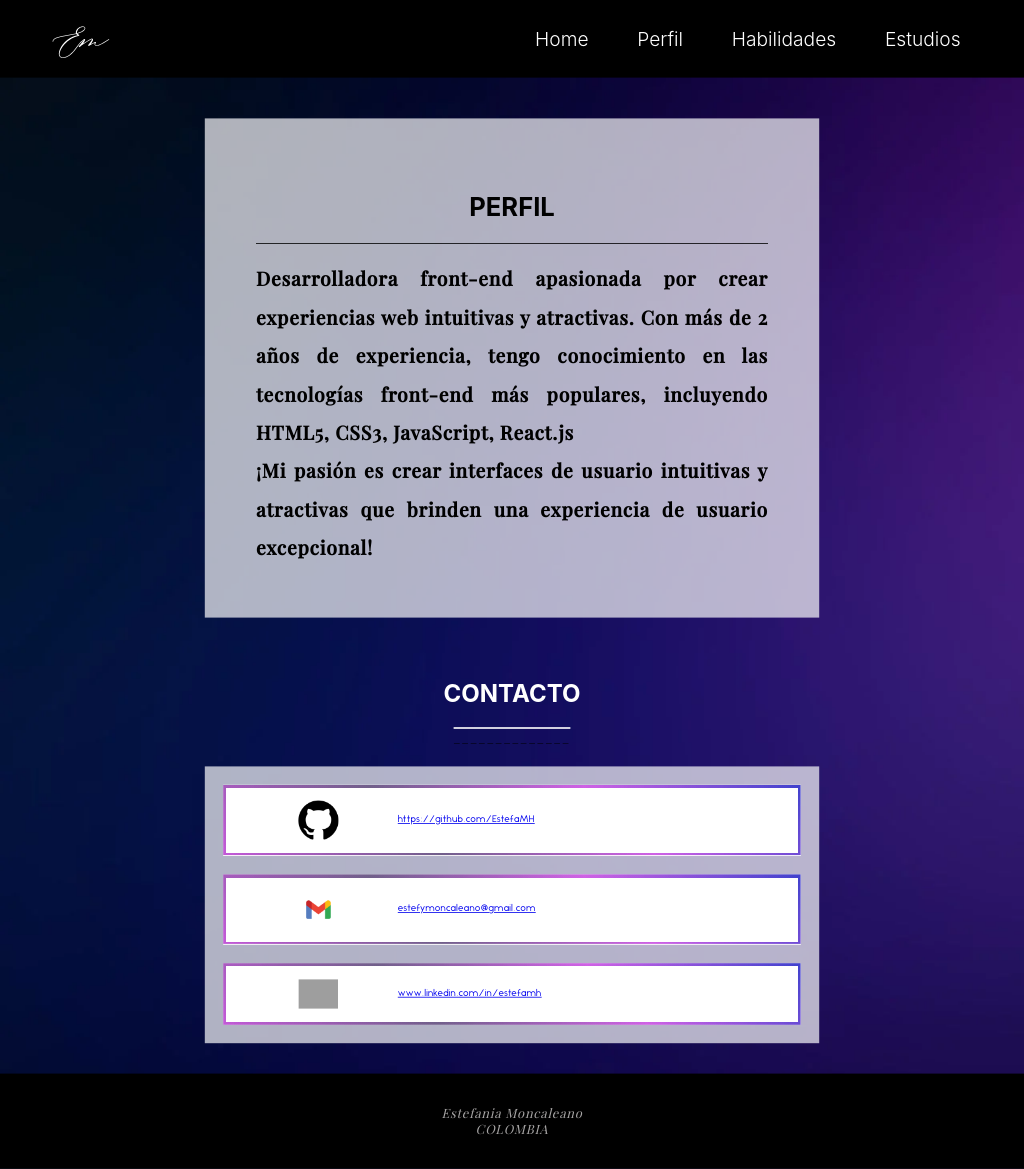
Repository: EstefaMH/PORTAFOLIO
Page: /aboutme
These files come from the project's save history. The page is drawn as it stood at one moment and after the next save; the edit follows.
The browser window is 1280 px wide. The pictures show the whole page, at 80% of full size.
Pictures or frames that could not be fetched are drawn as grey boxes. Some web fonts or font styles are not loaded; a fallback is used. The project was rebuilt for these pictures with package versions that can differ from the ones it lists, and the page was loaded fresh each time. Also part of the build but not shown: src/pages/home/Home.js, src/pages/error/Error404.css, src/pages/error/Error404.js, src/pages/jobs/Jobs.js, src/models/Languages.js, src/components/project/project.js, src/pages/skills/Skills.css, src/pages/skills/Skills.js and 2 more.

Above is the page before, as saved 2024-05-23 23:06:01.

### src/index.js
import React from 'react';
import ReactDOM from 'react-dom/client';
import './index.css';
import Home from './pages/home/Home';
import Routes from './routes';



const root = ReactDOM.createRoot(document.getElementById('root'));
root.render(
  <React.StrictMode>
    <Routes />
  </React.StrictMode>
);

// If you want to start measuring performance in your app, pass a function
// to log results (for example: reportWebVitals(console.log))
// or send to an analytics endpoint. Learn more: https://bit.ly/CRA-vitals

### src/routes.js
import React from "react";
import { BrowserRouter, Route, Routes } from "react-router-dom";
import About from "./pages/aboutme/Aboutme";
import Error404 from "./pages/error/Error404";
import Home from "./pages/home/Home";
import Jobs from "./pages/jobs/Jobs";
import Skills from "./pages/skills/Skills";
import Studies from "./pages/studies/Studies";


function routes(){
    return(
        <BrowserRouter>
            <Routes>
                <Route path="/" element={<Home />}></Route>
                <Route path="/aboutme" element={<About />}></Route>
                <Route path="/jobs" element={<Jobs />}></Route>
                <Route path="/skills" element={<Skills />}></Route>
                <Route path="/studies" element={<Studies/>}></Route>
                <Route path="*" element={<Error404/>}></Route>
            </Routes>
        </BrowserRouter>

    );

}

export default routes;

### src/pages/home/Home.css
@import url('https://fonts.googleapis.com/css2?family=Dancing+Script&display=swap');
/*font-family: 'Dancing Script', cursive;*/
@import url('https://fonts.googleapis.com/css2?family=Playfair+Display:ital,wght@0,400;0,500;1,400;1,500&display=swap');
/*font-family: 'Playfair Display', serif;*/

@font-face {
    font-family: "Voga";
    src: url('../../utils/fonts/CDType_Voga-font-demo_031216/CDType\ -\ Voga\ Medium.otf') ;
    font-display: swap;
}

.main-container{
    background-image: url(../../utils/img/purple-blue-wallpaper.webp);
    background-repeat: no-repeat;
    background-size: cover;
    display: flex;
    flex-direction: column;
}


.container-home{
    display: flex;
    flex-direction: column;
    align-items: center;
    justify-content: space-around;
}

.info-home{
    width: 100%;
    justify-content: center;
    align-items: center;
    color: white;
    letter-spacing: 1.5px;
    display: flex;
    flex-direction: column;
    overflow: hidden;
    word-wrap: break-word;
    font-weight: 100;
}



.info-home1{
    font-family: 'Playfair Display ';
    font-size: 1.2em;
    font-style: italic;
    margin: 0 0 1% 0;
    color: rgba(177, 177, 177, 0.834) ;
}

.info-home2{
    font-family: 'Voga';
    font-size: 2em;
    margin: 0 0 5% 0 ;
}

.photo-home{
    height: max-content;
    width: 50%;
}

.photo-home img{
    width: 100%;
    clip-path: circle();
}


.btn {
	line-height: 50px;
	height: 50px;
	text-align: center;
	width: 150px;
	cursor: pointer;
    border: none;
    background-color: rgba(255, 255, 255, 0.267);
    margin-top: 3%;

}

.btn-one {
	color: #FFF;
	transition: all 0.3s;
	position: relative;
}
.btn-one span {
	transition: all 0.3s;
    letter-spacing: 2px;
}

.btn-one:hover{
    background-color: transparent;
}
.btn-one::before {
	content: '';
	position: absolute;
	bottom: 0;
	left: 0;
	width: 100%;
	height: 100%;
	z-index: 1;
	opacity: 0;
	transition: all 0.3s;
	border-top-width: 2px;
	border-bottom-width: 2px;
	border-top-style: solid;
	border-bottom-style: solid;
    background: transparent;
	border-top-color: rgba(255,255,255,0.5);
	border-bottom-color: rgba(255,255,255,0.5);
	transform: scale(0.1, 1);
}
.btn-one:hover span {
	letter-spacing: 3px;
}
.btn-one:hover::before {
	opacity: 1;
	transform: scale(1, 1);

}
.btn-one::after {
	content: '';
	position: absolute;
	bottom: 0;
	left: 0;
	width: 100%;
	height: 100%;
	z-index: 1;
	transition: all 0.3s;
	/*background-color: rgba(255,255,255,0.1);*/
    background: transparent;
}
.btn-one:hover::after {
	opacity: 0;
	transform: scale(0.1, 1);
    background: transparent;
}

@media screen and (min-width : 700px){

    .container-home{
        flex-direction: row;
        align-items: center;
        justify-content: space-evenly;
        margin: 2% 0 2% 0;
    }

    .info-home{
        width: 60%;
        align-items: flex-start;
        padding-left: 4% ;
    }

    .info-home1{
        font-size: 1.5em;
    }

    .info-home2{
        font-family: 'Voga';
        font-style: normal;
        font-size: 4em;
    }


    .photo-home{
        width: 40%;
        display: flex;
        justify-content: center;
    }

    .photo-home img{
       width: 80%;
    }

    .btn {
        line-height: 50px;
        height: 50px;
        text-align: center;
        width: 250px;
        cursor: pointer;
        border: none;
        background-color: rgba(104, 104, 104, 0.837);
        margin-top: 3%;

    }




}

### src/components/navbar/Navbar.js
import { Link } from "react-router-dom";
import "./Navbar.css";
import menu from "../../utils/img/bx-menu.svg";

function Navbar() {
  return (
    <nav className="navbar container-name">
      <div>
        <Link to="/" className="logo">
          <h1 className="name">Em</h1>
        </Link>
      </div>

      <input type="checkbox" id="toggler"></input>
      <label for="toggler">
        <img alt="hamburguer-menu" src={menu} />
      </label>

      <div className=" menu container-navbar">
        <ul className="list">
          <li>
            <Link to="/" className="item">
              Home
            </Link>
          </li>
          <li>
            <Link to="/aboutme" className="item">
              Perfil
            </Link>
          </li>
          <li>
            <Link to="/skills" className="item">
              Habilidades
            </Link>
          </li>
          <li>
            <Link to="/studies" className="item">
              Estudios
            </Link>
          </li>
        </ul>
      </div>
    </nav>
  );
}

export default Navbar;

### src/components/footer/Footer.js
import './Footer.css'


function Footer(){
    return(
        <footer>
            <p> Estefania Moncaleano </p>
            <p> COLOMBIA </p>
        </footer>
    );
}

export default Footer;

### src/pages/aboutme/Aboutme.js
import './Aboutme.css'
import Navbar from "../../components/navbar/Navbar";
import Footer from '../../components/footer/Footer';

import github from "../../utils/img/github-icon.png";
import gmail from "../../utils/img/gmail-logo.png";
import linkedin from "../../utils/img/ln-icon.png"


function About() {
    return (
        <div className='main-container-about'>
            <Navbar />
            <section className="container-about">

                <div className='info-about'>

                    <h1 >PERFIL</h1>
                    <p className='line'></p>
                    <p>
                        Desarrolladora front-end apasionada por crear experiencias web intuitivas y atractivas.
                        Con más de 2 años de experiencia, tengo conocimiento en las tecnologías front-end más populares, incluyendo HTML5, CSS3, JavaScript, React.js
                        <br />¡Mi pasión es crear interfaces de usuario intuitivas y atractivas que brinden una experiencia de usuario excepcional!
                    </p>
                </div>
            </section>

            <section className='container-contact'>
                <h2>CONTACTO</h2>
                <p className='lc'>______________</p>


                <article className='container-contact-icons'>

                    <a target={'_blank'} href='https://github.com/EstefaMH' rel="noreferrer">
                        <div className='contact-icons'>
                            <img alt='github-icon' className='contact-icon' src={github} />
                            <p>https://github.com/EstefaMH</p>
                        </div>
                    </a>
                    <a href="mailto:estefymoncaleano@gmail.com">
                        <div className='contact-icons'>
                            <img alt='mail-icon' className='contact-icon' src={gmail} />
                            <p>estefymoncaleano@gmail.com</p>
                        </div>
                    </a>
                    <a target={'_blank'} href='www.linkedin.com/in/estefamh'>
                        <div className='contact-icons'>
                            <img alt='contact-icon' className='contact-icon' src={linkedin} />
                            <p>www.linkedin.com/in/estefamh</p>
                        </div>
                    </a>
                </article>
            </section>




            <Footer />

        </div>
    );
}

export default About;

### src/components/navbar/Navbar.css
@font-face {
    font-family: "lettering";
    src: url('../../utils/fonts/Biancha-X3VOa.otf') ;
    font-display: swap;
}

.navbar {
    display: flex;
    justify-content: space-around;
}

.list {
    list-style: none;
    display: flex;
    gap: 20px;
}
#toggler , nav, label {
    display: none;
}


nav:hover{
    background-color: black;
    font-weight: 500;
}

.container-name{
    justify-content: space-between;
    display: flex;
    flex-direction: row;
    align-items: center;
    padding: 3%;
}

.name{
    font-family: 'lettering';
    font-size: 3rem;
    color: white;
    font-weight: 200;
}

.item{
    text-decoration: none;
    color:white;
    font-weight: 300;
}

.item:hover{
    color: pink;
    font-weight: 600;
}

.container-navbar{
    width: 60%;
    display: flex;
    align-items: center;
    justify-content: end;
}

.logo{
    float: left;
    text-decoration: none;
    margin-left: 40%;
}

@media screen and (max-width: 700px) {
    .menu {
        width: 100%;
        max-height: 0;
        overflow: hidden;
    }

    .list {
        flex-direction: column;
        align-items: center;
    }

    .navbar label {
        display: inline-flex;
        align-items: center;
        cursor: pointer;
    }

    #toggler:checked ~ .menu {
        max-height: 100%;
    }

    .container-navbar{
        flex-direction: column;
    }

    .navbar {

        flex-wrap: wrap;
    }
}

@media screen and (min-width: 700px) {
    .navbar {
       height: 20px;
       background-color: rgba(137, 137, 137, 0.15);
       display: flex;
    }

    .list{
        flex-basis: 85%;
        display: flex;
        justify-content: space-evenly;
    }

    .list li{
        font-size: 1.5rem;
    }
}

### src/components/footer/Footer.css
@import url('https://fonts.googleapis.com/css2?family=Playfair+Display:ital,wght@0,400;0,500;1,400;1,500&display=swap');
/*font-family: 'Playfair Display', serif;*/

footer{
    background-color: black ;
    color: rgba(220, 218, 218, 0.757);
    padding: 3%;
    text-align: center;
}

p{
    margin: 0;
    font-family: 'Playfair Display';
    font-style: italic;
    font-weight:100 ;
    letter-spacing: 1.0px;
}

### src/pages/aboutme/Aboutme.css
@font-face {
    font-family: "alcubierre";
    src: url('../../utils/fonts/Alcubierre\ 400.otf') ;
}


h1{
    font-size: 2rem;
}

.main-container-about{
    background-image: url(../../utils/img/purple-blue-wallpaper.webp);

}


.container-about{
        background-repeat: no-repeat;
        display: flex;
        justify-content: center;

}

.info-about{
    margin: 4%;
    background-color: rgba(245, 245, 249, 0.712);
    height: 100%;
    width: 50%;
    padding: 5%;
    text-align: center;
}

.info-about p{
    text-align: justify;
    line-height: 2;
    font-style: normal;
    font-size: 1em;
    font-weight: 500;

}

h2{
    color: white;
    font-size: 30px;
}

.lc{
    border-top: 2px solid white;
    margin-bottom: 2%;
}

.container-contact{

    display: flex;
    align-items: center;
    flex-direction: column;

}

.container-contact-icons{
    background-color:  rgba(245, 245, 249, 0.712);
    flex-direction: column;
    width: 100%;
}


.contact-icon{
    width: 50px;
}


.contact-icons{
    display: flex;
    flex-direction: column;
    align-items: center;
    margin: 3%;
    padding: 2%;
    background-color: white;
    border: 4px solid;
    border-image: linear-gradient(45deg,#ad22c9bf,#473068c5,rgba(187, 31, 218, 0.7),rgba(20, 20, 194, 0.805)) 1;
    animation: rotate 2.5s ease-in infinite;
}


@keyframes rotate {
    50%{
        border-image: linear-gradient(45deg,#ad22c9bf,#473068c5,rgba(187, 31, 218, 0.7),rgba(20, 20, 194, 0.805)) 1;

    }
}

.contact-icons:hover{
    transform: scale(1.1 , 1.1);

}

.contact-icons p {
    font-size: 0.7rem;
}

.line{
    border-top: 1.5px solid black;
    margin-bottom: 3%;
    color: transparent;
}


@media screen and (min-width:700px) {
    .info-about p{
        font-size: 1.5em;
        font-weight: 600;
    }

    .container-contact-icons{
        width: 60%;
        margin-bottom: 3%;
    }

    .contact-icons{
        flex-direction: row;
        justify-content: space-evenly;
    }


    .contact-icons p{
        width: 60%;
        font-family: 'alcubierre';
        font-style: normal;
        font-weight: 600;
    }

}

Loaded but not shown: public/index.html (common file); src/index.css (common file); src/pages/jobs/Jobs.css (no stored copy; drawn as an empty file)

After the next save:
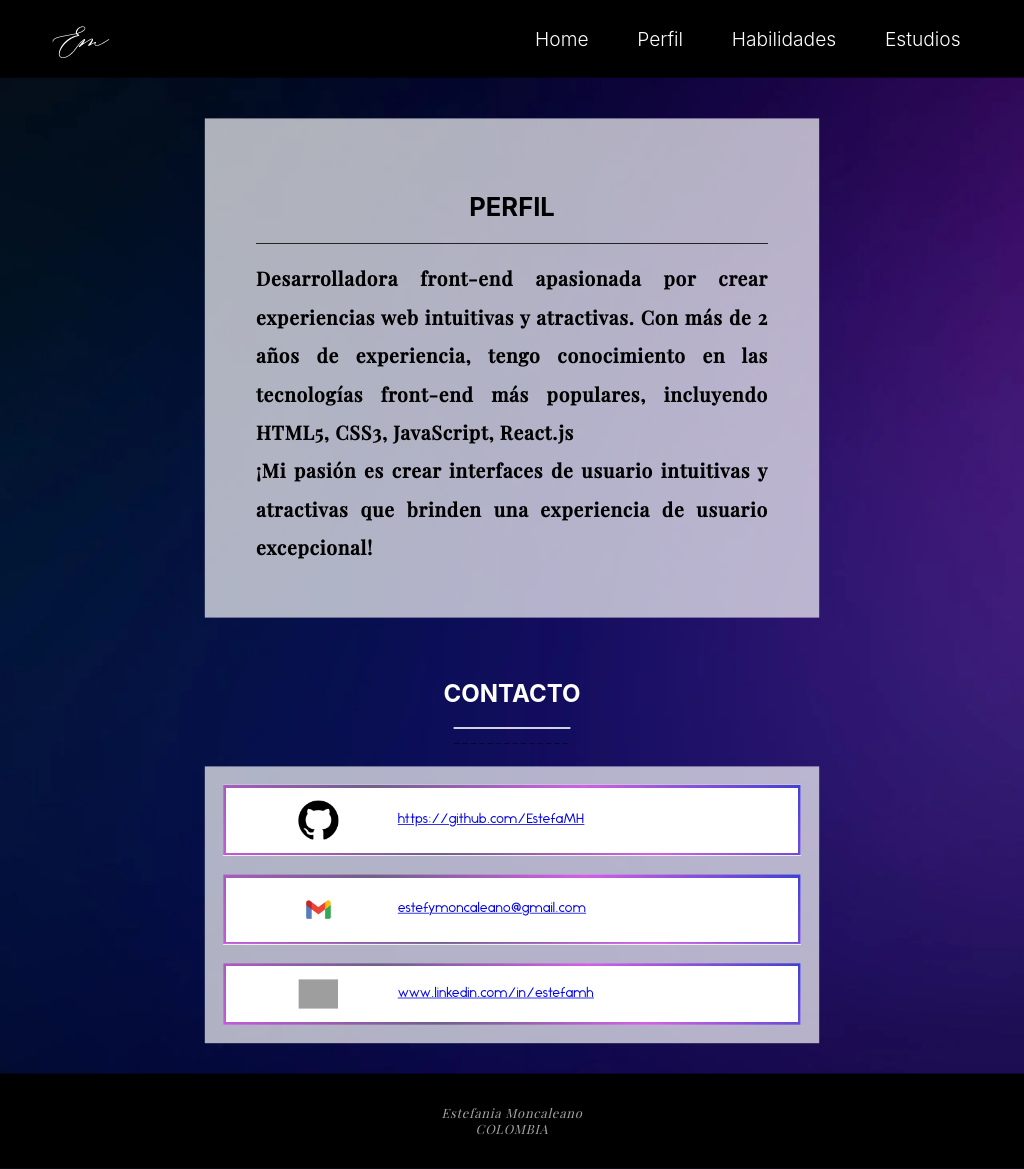
Saved 53 s later.
--- a/src/pages/aboutme/Aboutme.css
+++ b/src/pages/aboutme/Aboutme.css
@@ -95,7 +95,7 @@ h2{
 }
 
 .contact-icons p {
-    font-size: 0.7rem;
+    font-size: 1rem;
 }
 
 .line{
